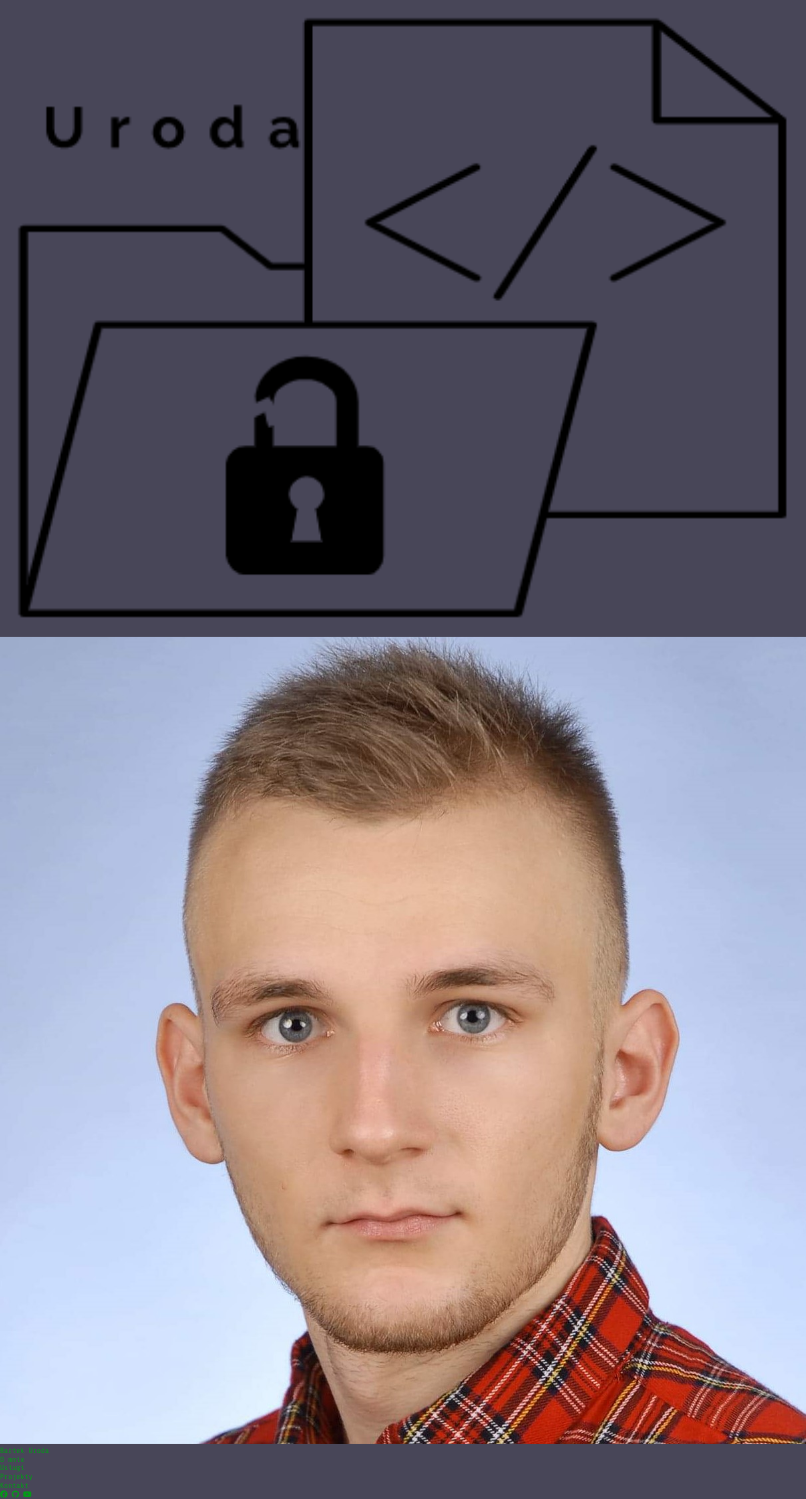
Repository: BartekUroda/portfolio
Page: index.html
An editor plug-in stored every save of this project. The page is shown before and after the next save, followed by the edit.
The browser window is 1280 px wide. The pictures show the whole page, at 63% of full size.
Some web libraries are served in a nearby version.

Above is the page before, as saved 2020-10-26 17:38:36.

### index.html
<!DOCTYPE html>
<html lang="en">
<head>
    <meta charset="UTF-8">
    <meta name="viewport" content="width=device-width, initial-scale=1.0">
    <title>Portfolio-Bartek Uroda</title>
    <link rel="stylesheet" type="text/css" href="css/style.css">
    <script src="js/script.js"></script>
    <link href="https://fonts.googleapis.com/css2?family=Poppins&sfamily=Share+Tech+Mono&display=swap" rel="stylesheet">
    <script src="https://kit.fontawesome.com/056e5c10dc.js" crossorigin="anonymous"></script>
    <link rel="shortcut icon" type="image/x-icon" href="images/favicon.ico" />
</head>
 <body>
    <header>
        <div class="container">
            <nav>
                <div class="nav-brand">
                    <a href="index.html">
                        <img src="images/logo.png" alt="Uroda">
                    </a>
                </div>
                <div class="burger-menu-icon">
                    <div class="line1"></div>
                    <div class="line2"></div>
                    <div class="line3"></div>
                </div>
                <ul class="nav-list">
                    <li class="nav-item">
                      <a href="#landing-page">
                        <img
                          src="images/profile.jpeg"
                          alt="Bartek Uroda"
                          class="profile-pic nav-link"
                        >
                        <span class="caption nav-link">Bartek Uroda</span>
                      </a>
                    </li>
                    <li class="nav-item">
                      <a href="#about" class="nav-link">O mnie</a>
                    </li>
                    <li class="nav-item">
                      <a href="#services" class="nav-link">Usługi</a>
                    </li>
                    <li class="nav-item">
                      <a href="#projects" class="nav-link">Projekty</a>
                    </li>
                    <li class="nav-item">
                      <a href="#contact" class="nav-link">Kontakt</a>
                    </li>
                    <li class="nav-item">
                      <a href="https://www.facebook.com/bartlomiej.uroda.3" target="_blank" class="nav-link">
                        <i class="fab fa-facebook"></i>
                      </a>
                      <a href="https://github.com/Urodii" target="_blank" class="nav-link">
                        <i class="fab fa-github"></i>
                      </a>
                      <a href="https://www.youtube.com/channel/UCzT1h5RNvmbtrmKT5hPjyAg?view_as=subscriber" target="_blank" class="nav-link">
                        <i class="fab fa-youtube"></i>
                      </a>
                    </li>
                  </ul>
            </nav>
        </div>
    </header>
 </body>
</html>

### css/style.css
/* ----------GLOBAL STYLES---------- */
*,
*::before,
*::after {
  margin: 0;
  padding: 0;
  box-sizing: inherit;
}
html {
    font-family: "Share Tech Mono", monospace;
    font-size: 12px;
    box-sizing: border-box;
    scroll-behavior: smooth;
    color: #e7e7e7;
    background: rgb(72, 70, 88);
}

a {
    text-decoration: none;
    color: rgb(3, 155, 23);
}

a:hover {
    color: rgba(249, 105, 14, 1);
}

ul {
    list-style: none;
}

p {
    font-size: 1.4rem;
}

img {
    width: 100%;
    max-width: 100%;
    height: auto;
}
/* ----------HEADER---------- */
header {
    width: 100%;
    height: 5rem;
    position: absolute;
}

Loaded but not shown: js/script.js (no stored copy; drawn as an empty file)

After the next save:
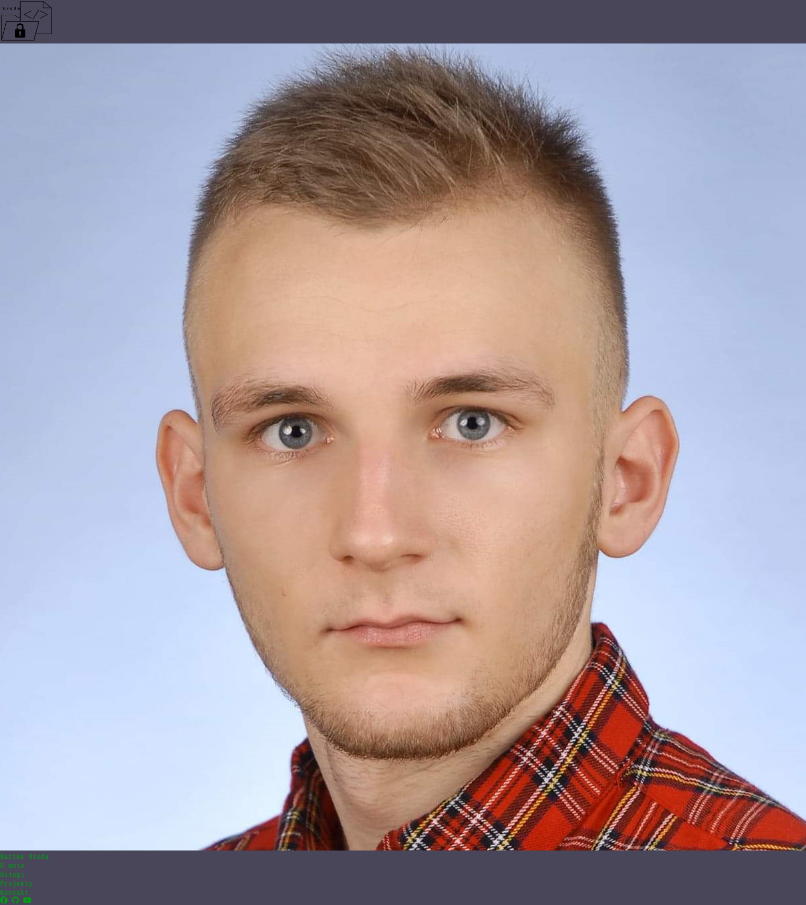
Saved 11 min 2 s later.
--- a/css/style.css
+++ b/css/style.css
@@ -42,4 +42,16 @@ header {
     width: 100%;
     height: 5rem;
     position: absolute;
+    top: 0;
+    left: 0;
+    z-index: 1;
 }
+.contenier {
+    width: 100%;
+    max-width: 90rem;
+    margin: 0 auto;
+    padding: 0 1.5rem;
+}
+.nav-brand {
+    width: 7rem;
+}
